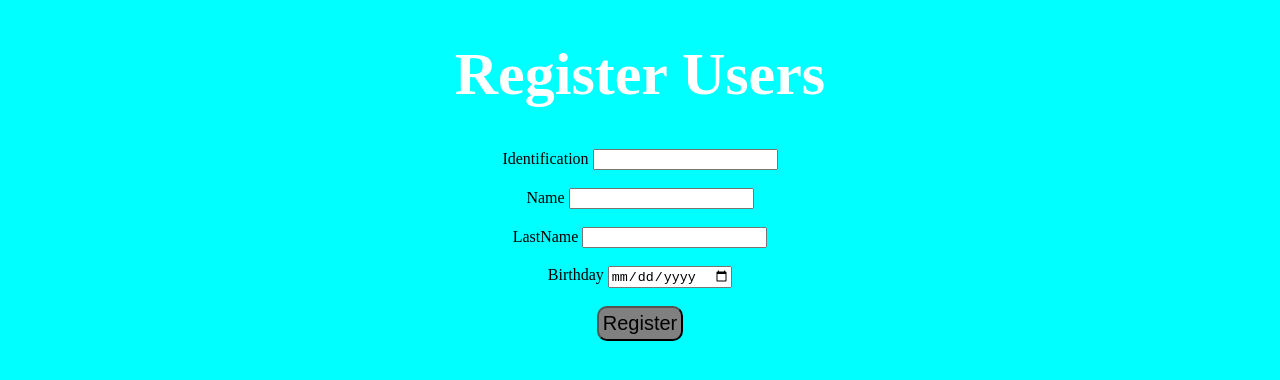
Repository: jonier93/app-web-cym-repo
Page: templates/register.html
The author's editor kept a record of every edit. The page is drawn from the files as they stood at one moment, then again after the next edit.
The browser window is 1280 px wide. The pictures show the whole page.

Above is the page before.

After the next edit:
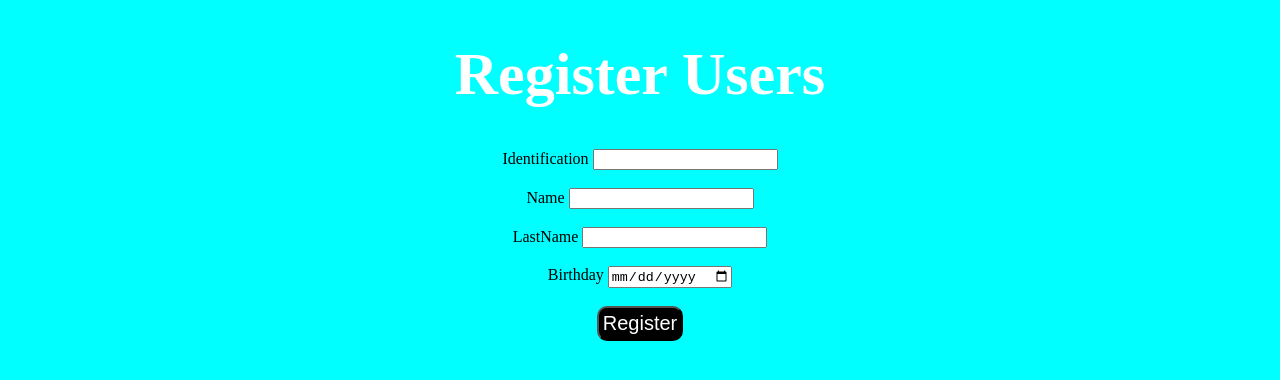
The edit:
--- a/static/css/styleRegister.css
+++ b/static/css/styleRegister.css
@@ -8,8 +8,8 @@
 }
 button {
     font-size: 20px;
-    background-color: grey;
-    color: black;
+    background-color: black;
+    color: white;
     border-radius: 10px;
     padding: 4px;
     margin-left: 0.3%;
